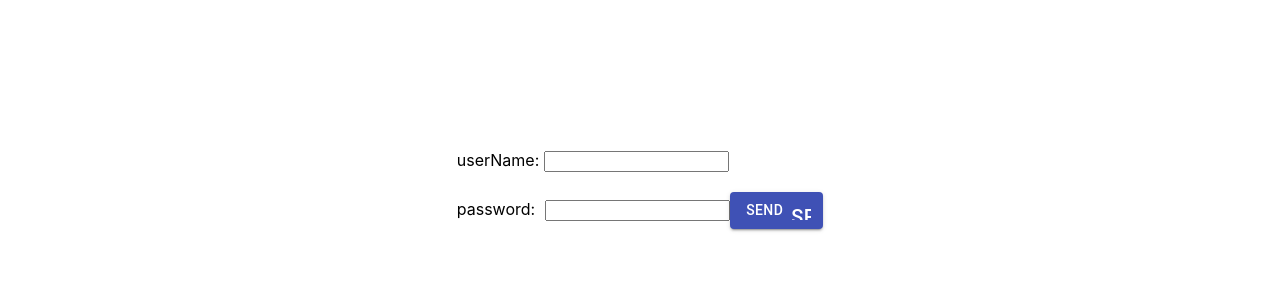
Repository: ehabmelhem/Demotweet-app
Page: /
An editor plug-in stored every save of this project. The page is shown before and after the next save, followed by the edit.
The browser window is 1280 px wide. The pictures show the whole page.
The project was rebuilt for these pictures with package versions that can differ from the ones it lists, and the page was loaded fresh each time. Also part of the build but not shown: src/Login.js.

Above is the page before, as saved 2021-01-24 01:34:46.

### src/App.js
import React from "react";
import Login from "./Login";
import { useState } from "react";
import SignUp from "./SignUp";

function App() {
  const [users, setUsers] = useState([
    { username: "ehab", password: "123" },
    { username: "abc", password: "13" },
    { username: "abcd", password: "12" },
    { username: "efg", password: "1234" },
  ]);
  return (
    <div className="app">
      {/* LogIn */}
      {/* <Login users={users} /> */}
      {/* Sign Up */}
      <SignUp />
    </div>
  );
}

export default App;

### src/SignUp.js
import React from "react";
import "./SignUp.css";
import Icon from "@material-ui/core/Icon";
import Button from "@material-ui/core/Button";

function SignUp() {
  return (
    <div className="signUp">
      <label>userName: </label>
      <input type="text" />
      <br />
      <br />
      <label>password:</label>
      <input className="pass" type="text" />
      <Button variant="contained" color="primary" endIcon={<Icon>send</Icon>}>
        Send
      </Button>
    </div>
  );
}

export default SignUp;

### src/Login.css
.login {
  width: fit-content;
  margin: 0 auto;
  position: relative;
  top: 150px;
}
.pass {
  margin-left: 8px;
}
/* .login__div {
  position: relative;
  left: 30px;

  width: fit-content;
  margin: 0 auto;
} */
.btn {
  position: relative;
  top: 10px;
  width: 100%;
}
.send__icon {
  position: relative;
  left: 20px;
}

### src/SignUp.css
.signUp {
  width: fit-content;
  margin: 0 auto;
  position: relative;
  top: 150px;
}
.pass {
  margin-left: 10px;
}

Loaded but not shown: public/index.html (common file); src/index.js (common file); src/index.css (common file); src/reportWebVitals.js (common file)

After the next save:
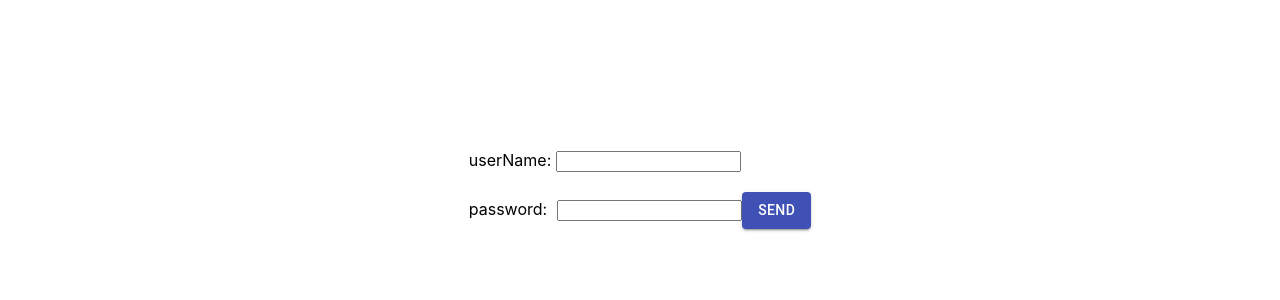
Saved 7 s later.
--- a/src/SignUp.js
+++ b/src/SignUp.js
@@ -12,7 +12,7 @@ function SignUp() {
       <br />
       <label>password:</label>
       <input className="pass" type="text" />
-      <Button variant="contained" color="primary" endIcon={<Icon>send</Icon>}>
+      <Button variant="contained" color="primary">
         Send
       </Button>
     </div>
